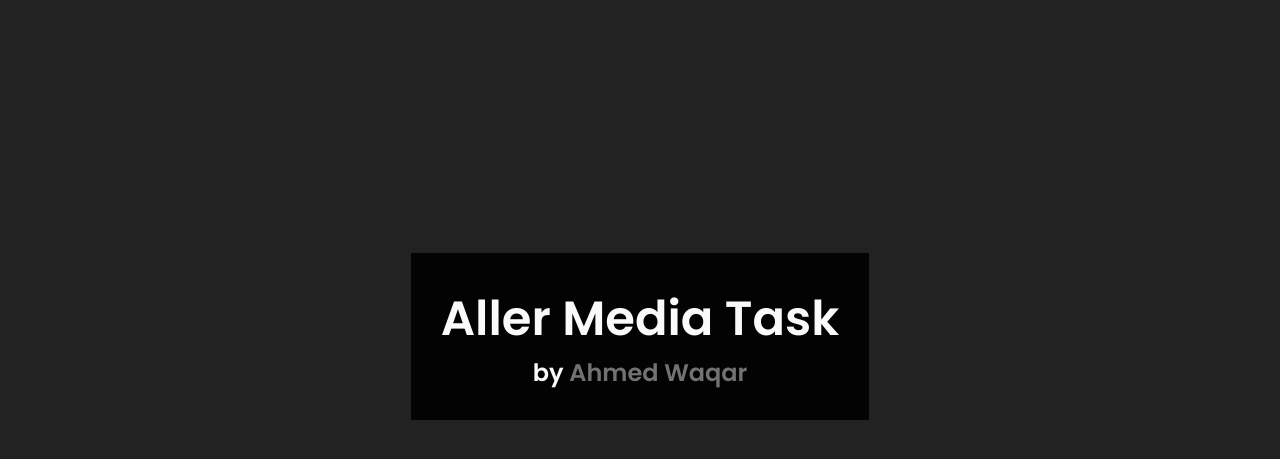
Repository: waqarmalyk/Back-to-front
Page: /
The author's editor kept a copy of each file at every save. The page is drawn from the files as they stood at one save, then again after the next save.
The browser window is 1280 px wide. The pictures show the whole page.
The page's requests for data from a server got no answer. The project was rebuilt for these pictures with package versions that can differ from the ones it lists, and the page was loaded fresh each time. No one was signed in, and anything a server would have sent is missing.

Above is the page before, as saved 2022-02-06 16:09:39.

### public/index.html
<!DOCTYPE html>
<html lang="en">
  <head>
    <meta charset="utf-8" />
    <link rel="icon" href="%PUBLIC_URL%/favicon.ico" />
    <meta name="viewport" content="width=device-width, initial-scale=1" />
    <meta name="theme-color" content="#000000" />
    <meta
      name="description"
      content="Web site created using create-react-app"
    />
    <link rel="apple-touch-icon" href="%PUBLIC_URL%/logo192.png" />
     <link
    href="https://fonts.googleapis.com/css2?family=Poppins:ital,wght@0,200;0,400;0,600;1,200;1,400;1,600&display=swap"
    rel="stylesheet">
    <!--
      manifest.json provides metadata used when your web app is installed on a
      user's mobile device or desktop. See https://developers.google.com/web/fundamentals/web-app-manifest/
    -->
    <link rel="manifest" href="%PUBLIC_URL%/manifest.json" />
    <!--
      Notice the use of %PUBLIC_URL% in the tags above.
      It will be replaced with the URL of the `public` folder during the build.
      Only files inside the `public` folder can be referenced from the HTML.

      Unlike "/favicon.ico" or "favicon.ico", "%PUBLIC_URL%/favicon.ico" will
      work correctly both with client-side routing and a non-root public URL.
      Learn how to configure a non-root public URL by running `npm run build`.
    -->
    <title>React App</title>
  </head>
  <body>
    <noscript>You need to enable JavaScript to run this app.</noscript>
    <div id="root"></div>
    <!--
      This HTML file is a template.
      If you open it directly in the browser, you will see an empty page.

      You can add webfonts, meta tags, or analytics to this file.
      The build step will place the bundled scripts into the <body> tag.

      To begin the development, run `npm start` or `yarn start`.
      To create a production bundle, use `npm run build` or `yarn build`.
    -->
  </body>
</html>

### src/App.js
import "./App.css";
import Get from "./components/Get";

function App() {
  return (
    <>
      <header className="title">
        <h1>Aller Media Task </h1>
        <p>
          by <span>Ahmed Waqar</span>
        </p>
      </header>
      <Get />
    </>
  );
}

export default App;

### src/App.css

:root {
  --black: hsl(0, 0%, 1%);
  --varyDarkBlue: hsl(234, 12%, 34%);
  --grayishBlue: hsl(229, 6%, 66%);
  --veryLightGray: hsl(0, 0%, 98%);
  --green: #4CAF50;
  --weight1: 200;
  --weight2: 400;
  --weight3: 600;
}
* {
  margin: 0;
  padding: 0;
  box-sizing: border-box;
}
body {
  font-size: 15px;
  font-family: 'Poppins', sans-serif;
  background-color: var(--veryLightGray);
}
.title {
text-align: center;
font-weight: var(--weight3);
padding: 30px;
background-color:var(--black);
color: var(--veryLightGray);

}
span{
  color:rgb(114, 114, 114);
}
span:hover{
  color:var(--varyDarkBlue) ;
}

.wrapper {
  margin: 1em;
  display: flex;
  flex-direction: column;

  align-items: center;
  justify-content: center;
}
.card {
  display: flex;
  flex-wrap: wrap;
  justify-content: space-between;
  margin-bottom: 1.5rem;

}
button{
  background-color: var(--green);
  border: none;
  color: white;
  padding: 15px 32px;
  text-align: center;
  text-decoration: none;
  display: inline-block;
  font-size: 16px;
  border-radius: 2rem;
}
.details{
  display: flex;
  flex-direction: column;
  justify-content:space-between;
  /* width: 400px;
  height: 400px; */
  padding: 2rem 1rem;
  background: var(--black);
  position: relative;
  display: flex;
  align-items: flex-start;
  box-shadow: 0px 7px 10px rbga(0,0,0,0.5);
  transition: 0.5s ease-in-out;
  color: var(--veryLightGray);
  overflow: hidden;
}
/* Grid Classes */
.col-1{
  width: 8.33%;
}
.col-2 {
  width: 16.66%;
}
.col-3 {
  width: 24.99%;
}
.col-4 {
  width: 33.33%;
}
.col-5 {
  width: 41.66%;
}
.col-6 {
  width: 50%;
}
.col-7 {
  width: 58.33%;
}
.col-8 {
  width: 66.66%;
}
.col-9 {
  width: 74.99%;
}
.col-10 {
  width: 83.33%;
}
.col-11 {
  width: 91.66%;
}
.col-12 {
  width: 100%;
}


.form__group {
  position: relative;
  padding: 15px 0 0;
  margin-top: 10px;

}

.form__field {
  font-family: inherit;
  width: 100%;
  border: 0;
  border-bottom: 2px solid #9b9b9b;
  outline: 0;
  font-size: 1.3rem;
  color: #fff;
  padding: 7px 0;
  background: transparent;
  transition: border-color 0.2s;
}

.form__field::placeholder {
  color: transparent;
}

.form__field:placeholder-shown~.form__label {
  font-size: 1.3rem;
  cursor: text;
  top: 20px;
}

.form__label {
  position: absolute;
  top: 0;
  display: block;
  transition: 0.2s;
  font-size: 1rem;
  color: #9b9b9b;
}

.form__field:focus {
  padding-bottom: 6px;
  font-weight: 700;
  border-width: 3px;
  border-image: linear-gradient(to right, #11998e, #38ef7d);
  border-image-slice: 1;
}

.form__field:focus~.form__label {
  position: absolute;
  top: 0;
  display: block;
  transition: 0.2s;
  font-size: 1rem;
  color: #11998e;
  font-weight: 700;
}

/* reset input */
.form__field:required,
.form__field:invalid {
  box-shadow: none;
}

/* demo */
body {
  font-family: 'Poppins', sans-serif;
  display: flex;
  flex-direction: column;
  justify-content: center;
  align-items: center;
  min-height: 100vh;
  font-size: 1.5rem;
  background-color: #222;
}

### src/components/Get.js
import React, { useState, useEffect, useRef } from "react";
import axios from "axios";

function Get() {
  const ref = useRef(null);

  const [data, setData] = useState([]);
  const [singleWidth, setSingleWidth] = useState(null);
  const [title, setTitle] = useState("");

  useEffect(() => {
    setSingleWidth(ref.current.offsetWidth / 12);
    axios
      .get("https://storage.googleapis.com/aller-structure-task/test_data.json")
      .then((res) => {
        setData(res.data[0]);
      })
      .catch((err) => {
        console.log(err);
      });
  }, []);

  return (
    <div className="wrapper " ref={ref}>
      {console.log(singleWidth, data)}
      {data.length > 0 &&
        !!singleWidth &&
        data.map((row, rowIndex) => (
          <div className="card" key={rowIndex}>
            {row.columns.map((column, columnIndex) => (
              <div className={"details col-" + column.width} key={columnIndex}>
                <img
                  className="img"
                  src={
                    column.imageUrl +
                    "&width=" +
                    singleWidth * column.width +
                    "&height="
                  }
                  alt={column.title}
                />
                <h2 className="heading">
                  {column.title + " - " + column.width}
                </h2>
                <button>Edit</button>
                <div class="form__group field">
                  <input
                    type="input"
                    class="form__field"
                    placeholder="Name"
                    name="name"
                    id="name"
                    value={title}
                  />
                  <label for="name" class="form__label">
                    New Title
                  </label>
                </div>
              </div>
            ))}
          </div>
        ))}
    </div>
  );
}

export default Get;

Loaded but not shown: src/index.js (common file)

After the next save:
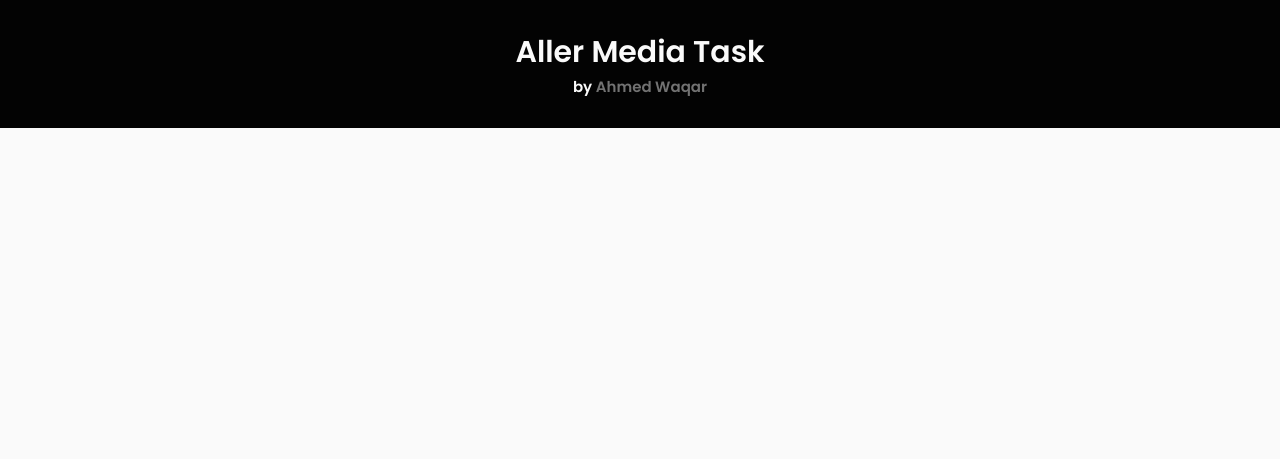
Saved 50 s later.
--- a/src/App.css
+++ b/src/App.css
@@ -119,7 +119,6 @@
   position: relative;
   padding: 15px 0 0;
   margin-top: 10px;
-
 }
 
 .form__field {
@@ -179,13 +178,3 @@
 }
 
 /* demo */
-body {
-  font-family: 'Poppins', sans-serif;
-  display: flex;
-  flex-direction: column;
-  justify-content: center;
-  align-items: center;
-  min-height: 100vh;
-  font-size: 1.5rem;
-  background-color: #222;
-}

After the save that followed:
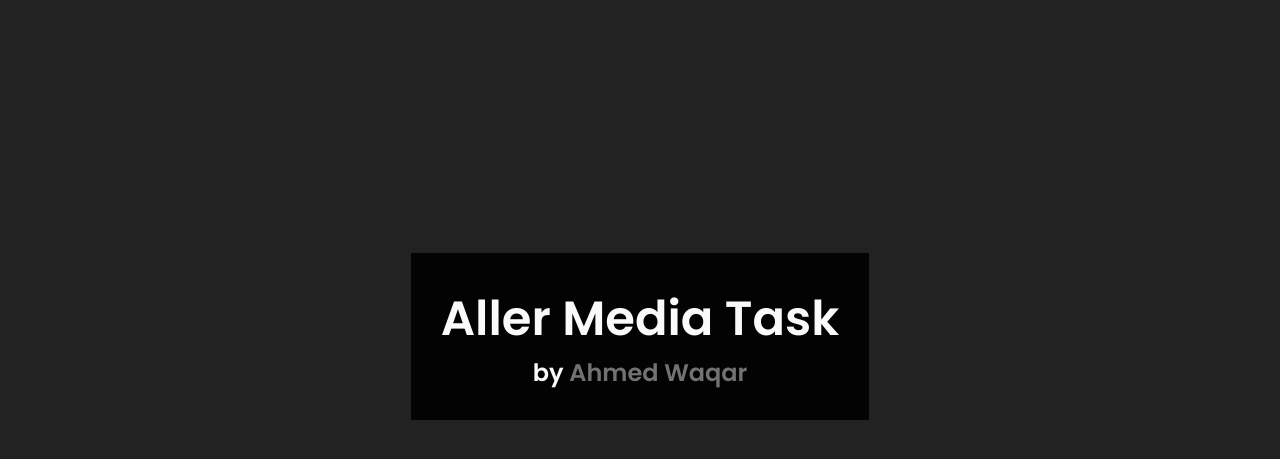
Saved 19 s later.
--- a/src/App.css
+++ b/src/App.css
@@ -178,3 +178,13 @@
 }
 
 /* demo */
+body {
+  font-family: 'Poppins', sans-serif;
+  display: flex;
+  flex-direction: column;
+  justify-content: center;
+  align-items: center;
+  min-height: 100vh;
+  font-size: 1.5rem;
+  background-color: #222;
+}
